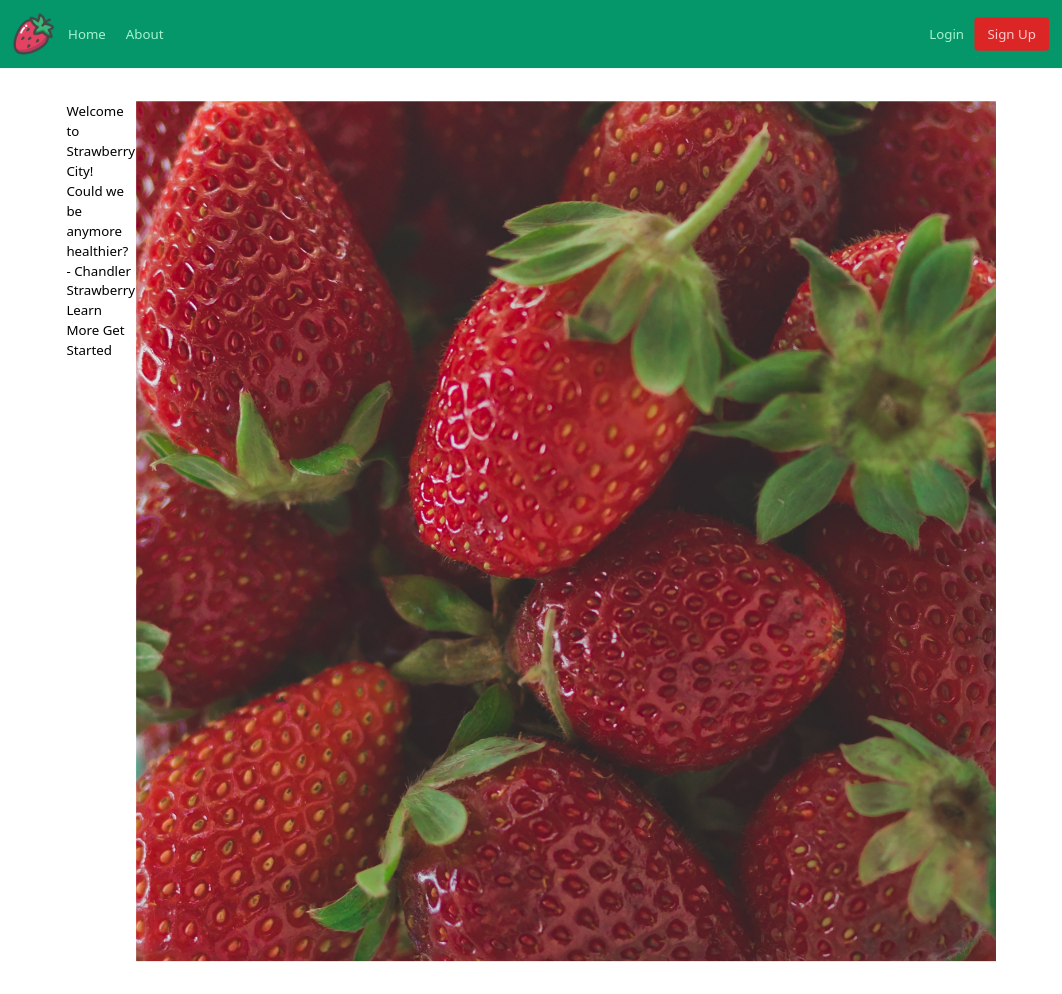
Repository: DaNiels89/tailwind-stawberries
Page: index.html
These files come from the project's save history. The page is drawn as it stood at one moment and after the next save; the edit follows.
The browser window is 1280 px wide. The pictures show the whole page, at 83% of full size.

Above is the page before, as saved 2020-08-24 13:42:06.

After the next save:
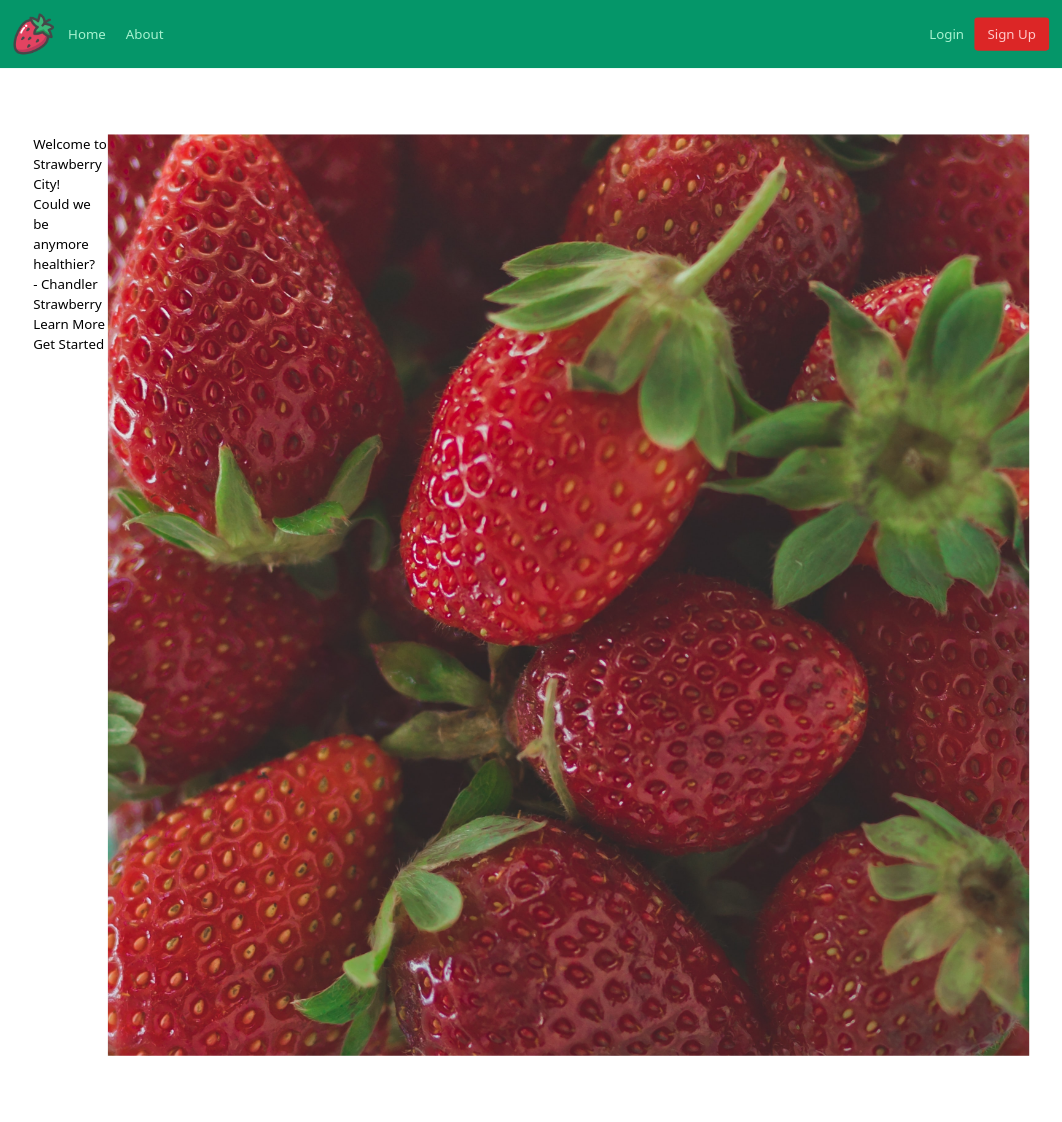
Saved 13 s later.
--- a/index.html
+++ b/index.html
@@ -45,7 +45,7 @@
       </nav>
     </header>
     <main class="">
-      <div class="flex justify-between py-10 px-20">
+      <div class="flex justify-between py-20 px-10">
         <div class="">
           <h1 class="">Welcome to Strawberry City!</h1>
           <p class="">Could we be anymore healthier?</p>
